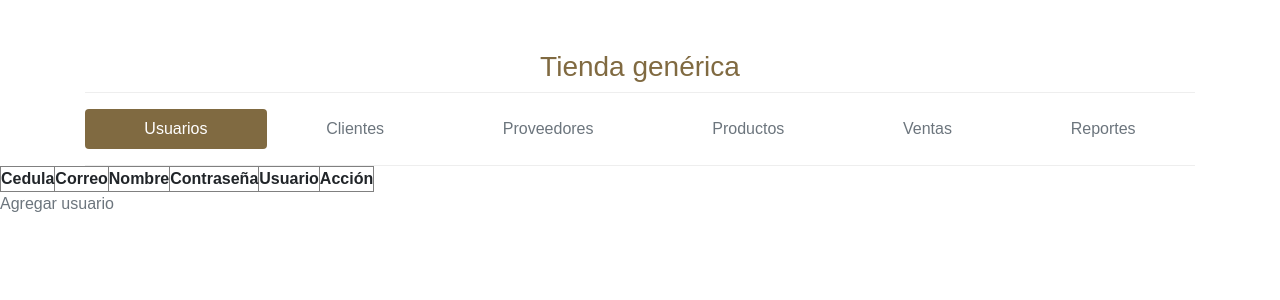
Repository: andresrojas686/tiendaGenericaMintic
Page: http://localhost/primerJSP/usuarios.jsp
An editor plug-in stored every save of this project. The page is shown before and after the next save, followed by the edit.
The browser window is 1280 px wide. The pictures show the whole page.
The page is served by Tomcat 9. Other server files are loaded and not shown. Queries for data that is not in the repository find no rows.

Above is the page before, as saved 2021-09-15 20:38:00.

### primerJSP/src/main/webapp/usuarios.jsp
<%@ page language="java" contentType="text/html; charset=ISO-8859-1"
    pageEncoding="ISO-8859-1"%>
<%@ page import = "java.sql.*" %>
<!DOCTYPE html>
<html>
<head>
<meta charset="ISO-8859-1">
<link rel="stylesheet" href="style/styles.css">
<link rel="stylesheet" href="style/main.css">
<title>Usuarios</title>
</head>
<body>
	<header>
        <h1 class="titulo-tienda">Tienda genérica</h1>
	<!-- -----------------------Menu-------------------------------- -->
	    <section class="main">
        <div class="container">
            <section class="row">
                <div class="col">
                    <div class="border-top border-bottom py-3">
                        <ul class="nav nav-pills nav-fill">
                            <li class="nav-item">
                                <a href="usuarios.jsp" class="nav-link active">Usuarios</a>
                            </li>
                            <li class="nav-item">
                                <a href="clientes.jsp" class="nav-link">Clientes</a>
                            </li>
                            <li class="nav-item">
                                <a href="proveedores.jsp" class="nav-link">Proveedores</a>
                            </li>
                            <li class="nav-item">
                                <a href="productos.jsp" class="nav-link">Productos</a>
                            </li>
                            <li class="nav-item">
                                <a href="ventas.jsp" class="nav-link">Ventas</a>
                            </li>
                            <li class="nav-item">
                                <a href="reportes.jsp" class="nav-link">Reportes</a>
                            </li>
                        </ul>
                    </div>
                </div>
            </section>
            <!-- -----------------------FIN Menu-------------------------------- -->
            </header>
	<%
		Class.forName("com.mysql.jdbc.Driver");
		Connection conexion = DriverManager.getConnection("jdbc:mysql://localhost:3306/tienda","root", "Julian0992");
		PreparedStatement ps = conexion.prepareStatement("SELECT * FROM usuarios");
		ResultSet  result = ps.executeQuery();
	%>

	<table border="double">
		<tr>
			<th>Cedula</th>
			<th>Correo</th>
			<th>Nombre</th>
			<th>Contraseña</th>
			<th>Usuario</th>
			<th colspan="2">Acción</th>
		</tr>
		<%
			while(result.next()){
		%>
		<tr>
			<td><%= result.getInt("cedula_usuario") %></td>
			<td><%= result.getString("email_usuario") %></td>
			<td><%= result.getString("nombre_usuario") %></td>
			<td><%= result.getString("password") %></td>
			<td><%= result.getString("usuario") %></td>
			<td><a href="editar.jsp?cedula=<%=result.getInt("cedula_usuario")%>">Editar</a></td>
			<td><a href="eliminar.jsp?cedula=<%=result.getInt("cedula_usuario")%>">Eliminar</a></td>
		</tr>
		<%
			}
		%>
	</table>
	<a href="agregarUsuario.html">Agregar usuario</a>


</body>
</html>

### primerJSP/src/main/webapp/style/styles.css
@charset "ISO-8859-1";
*{
    margin: 0;
    padding: 0;
}
.titulo-tienda{
  text-align: center;
  margin-top: 50px;
  font-family:Arial, Helvetica, sans-serif;
  font-size: 28px;
  color: #806a41;
}
.ingresa{
  text-align: center;
  font-size: 25px;
  color: grey;
}
form label{
  margin-left: 50px;
  margin-top: 7px;
  margin-bottom: 7px;
}
.usuario{
  display: flex;
}
form label input{
  flex-wrap: wrap;
  width: 75vw;
  height: 35px;
  font-size: 15px;
  /* border-radius: 5px; */
}

.contenedor-botones{
  margin-top: 20px;
  display: flex;
  width: 100%;
}

.botones-usuario{
  margin: 0 auto;
  width: 150px;
  height: 40px;
  color: white;
  border: 2px solid #806a41;
  background-color: #806a41;
  border-radius: 10px;
  cursor: pointer;
}
.botones-usuario a{
  color: white;
}
.botones-usuario:hover{
  background-color: white;
  color: #806a41;
  box-shadow: 3px 3px 3px gray;
}
.enlace-usuario{
  text-align: center;
  padding-top: 5px;
  width: 150px;
  height: 40px;
  color: white;
  border: 2px solid #806a41;
  background-color: #806a41;
  border-radius: 10px;
}
.enlace-usuario:hover{
  text-align: center;
  padding-top: 5px;
  width: 150px;
  height: 40px;
  color: white;
  border: 2px solid #806a41;
  background-color: white;
  color: #806a41;
  border-radius: 10px;
}

.agregar-usuario{
  background-color: #806a41 !important;
  border: none !important;
  margin-top: 15px;
}
.agregar-usuario:hover{
  box-shadow: 3px 3px 3px gray;
}


.editar-usuario{
  background-color: #806a41 !important;
  border: none !important;
  margin: 5px;
}
.editar-usuario:hover{
  box-shadow: 3px 3px 3px gray;
}

.eliminar-usuario{
  background-color: #806a41 !important;
  border: none !important;
  margin: 5px;
}
.eliminar-usuario:hover{
  box-shadow: 3px 3px 3px gray;
}


.titulo-tabla{
  color: #806a41;
}
.titulo-tabla-centrada{
  color: #806a41;
  text-align: center;
}

Loaded but not shown: primerJSP/src/main/webapp/style/main.css (library)

After the next save:
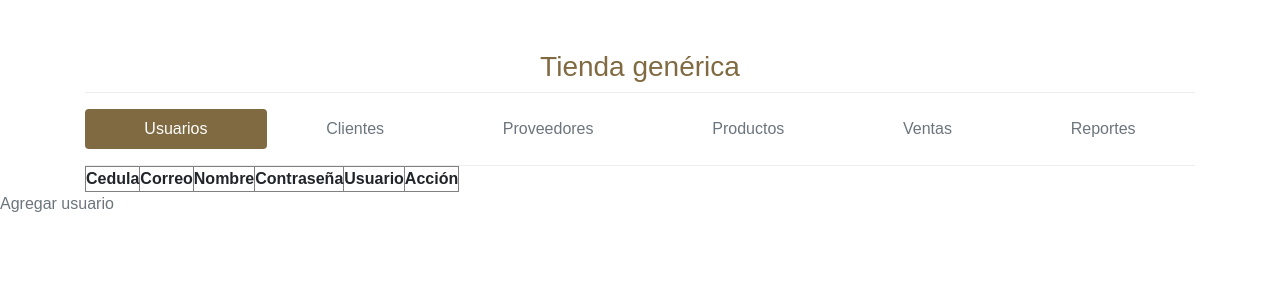
Saved 5 min 10 s later.
--- a/primerJSP/src/main/webapp/usuarios.jsp
+++ b/primerJSP/src/main/webapp/usuarios.jsp
@@ -49,32 +49,40 @@
 		PreparedStatement ps = conexion.prepareStatement("SELECT * FROM usuarios");
 		ResultSet  result = ps.executeQuery();
 	%>
+	<section class="main">
+		<div class="container">
+			<section class="row">
+				<div class="col">
+					<table border="double">
+						<tr>
+							<th>Cedula</th>
+							<th>Correo</th>
+							<th>Nombre</th>
+							<th>Contraseña</th>
+							<th>Usuario</th>
+							<th colspan="2">Acción</th>
+						</tr>
+						<%
+							while(result.next()){
+						%>
+						<tr>
+							<td><%= result.getInt("cedula_usuario") %></td>
+							<td><%= result.getString("email_usuario") %></td>
+							<td><%= result.getString("nombre_usuario") %></td>
+							<td><%= result.getString("password") %></td>
+							<td><%= result.getString("usuario") %></td>
+							<td><a href="editar.jsp?cedula=<%=result.getInt("cedula_usuario")%>">Editar</a></td>
+							<td><a href="eliminar.jsp?cedula=<%=result.getInt("cedula_usuario")%>">Eliminar</a></td>
+						</tr>
+						<%
+							}
+						%>
+					</table>
+				</div>
+			</section>
+		</div>
+	</section>
 
-	<table border="double">
-		<tr>
-			<th>Cedula</th>
-			<th>Correo</th>
-			<th>Nombre</th>
-			<th>Contraseña</th>
-			<th>Usuario</th>
-			<th colspan="2">Acción</th>
-		</tr>
-		<%
-			while(result.next()){
-		%>
-		<tr>
-			<td><%= result.getInt("cedula_usuario") %></td>
-			<td><%= result.getString("email_usuario") %></td>
-			<td><%= result.getString("nombre_usuario") %></td>
-			<td><%= result.getString("password") %></td>
-			<td><%= result.getString("usuario") %></td>
-			<td><a href="editar.jsp?cedula=<%=result.getInt("cedula_usuario")%>">Editar</a></td>
-			<td><a href="eliminar.jsp?cedula=<%=result.getInt("cedula_usuario")%>">Eliminar</a></td>
-		</tr>
-		<%
-			}
-		%>
-	</table>
 	<a href="agregarUsuario.html">Agregar usuario</a>
 
 
